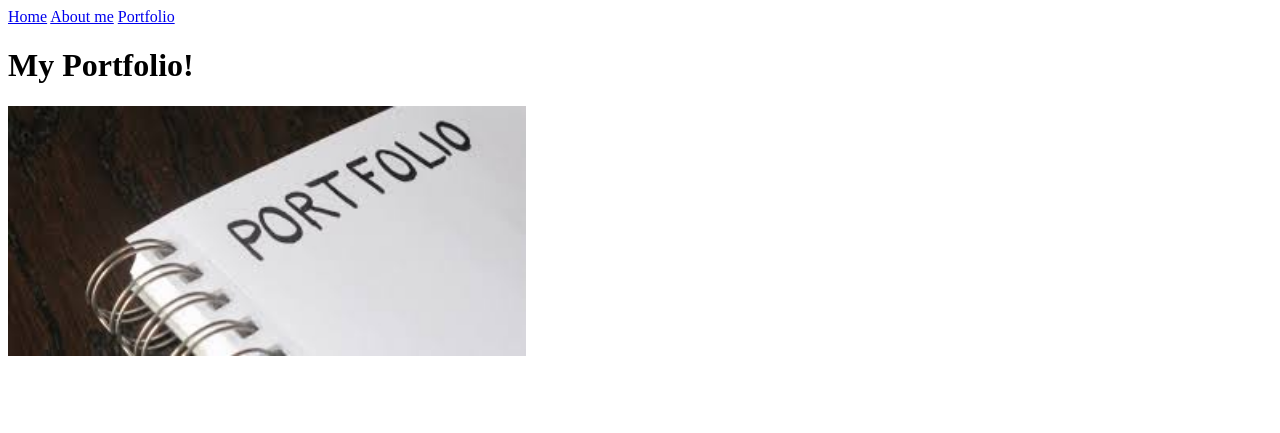
Repository: Tastymemes2017/Tastymemes2017.github.io
Page: my_website/portfolio.html
The author's editor kept a record of every edit. The page is drawn from the files as they stood at one moment, then again after the next edit.
The browser window is 1280 px wide. The pictures show the whole page.

Above is the page before.

### my_website/portfolio.html
<!doctype html>
	<html lang="en">
	  <head>
	    <meta charset="utf-8">
	    <title>Portfolio</title>
	  </head>
	  <body>
    <a href="index.html">Home</a>
    <a href="Home.html">About me</a>
    <a href="portfolio,html">Portfolio</a>
    <h1>My Portfolio!</h1>
    <img src="images/portfolio.jpg" height="250">
    <br>
	  </body>
	</html>

After the next edit:
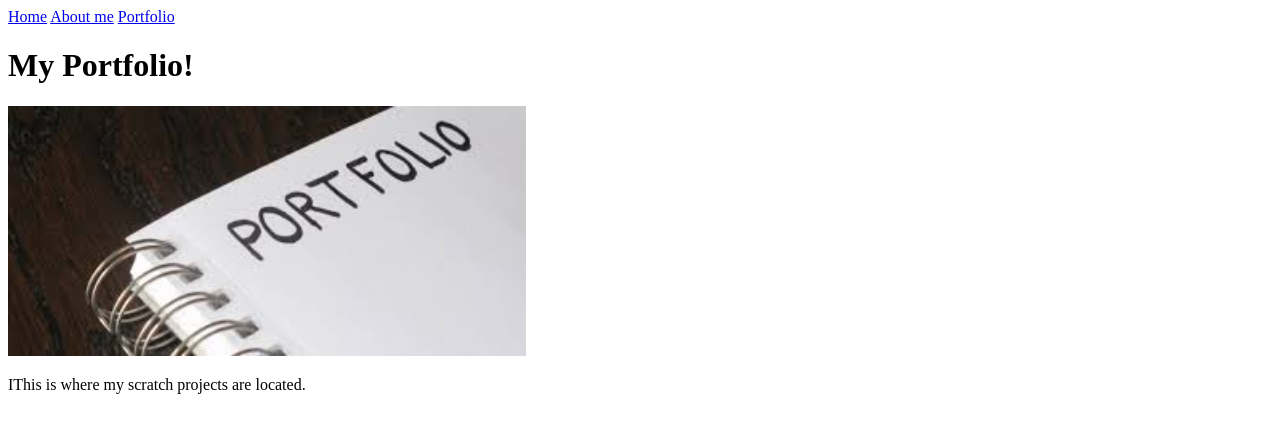
The edit:
--- a/my_website/portfolio.html
+++ b/my_website/portfolio.html
@@ -5,11 +5,12 @@
 	    <title>Portfolio</title>
 	  </head>
 	  <body>
-    <a href="index.html">Home</a>
-    <a href="Home.html">About me</a>
-    <a href="portfolio,html">Portfolio</a>
-    <h1>My Portfolio!</h1>
-    <img src="images/portfolio.jpg" height="250">
+        <a href="index.html">Home</a>
+        <a href="Home.html">About me</a>
+        <a href="portfolio,html">Portfolio</a>
+        <h1>My Portfolio!</h1>
+        <img src="images/portfolio.jpg" height="250">
+        <p>IThis is where my scratch projects are located.</p>
     <br>
 	  </body>
 	</html>
